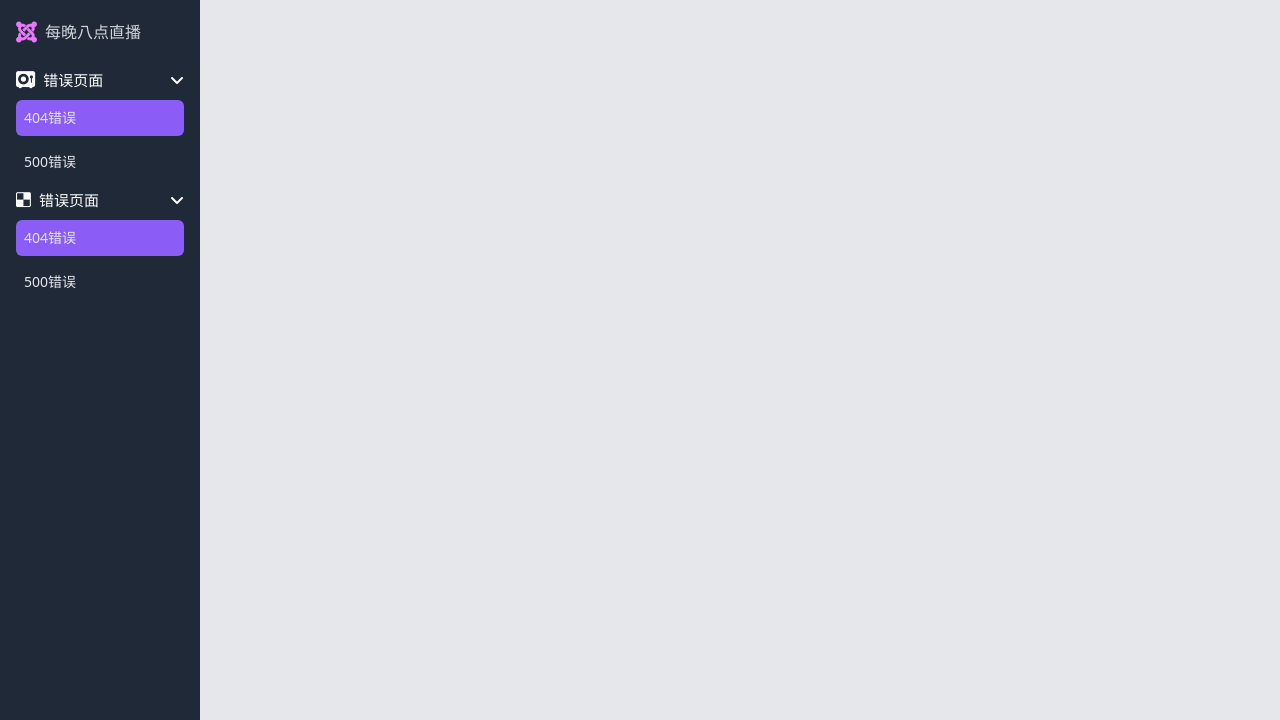
Repository: liangyingbo/vite-vue-TS
Page: /#/admin/home
An editor plug-in stored every save of this project. The page is shown before and after the next save, followed by the edit.
The browser window is 1280 px wide. The pictures show the whole page.
The project was rebuilt for these pictures with package versions that can differ from the ones it lists, and the page was loaded fresh each time. Also part of the build but not shown: vite.config.ts, src/components/form/HdButton.vue, src/components/form/HdInput.vue, src/components/form/hdLink.vue, src/styles/global.scss.

Above is the page before, as saved 2022-11-18 20:10:29.

### index.html
<!DOCTYPE html>
<html lang="en">
  <head>
    <meta charset="UTF-8" />
    <link rel="icon" type="image/svg+xml" href="/vite.svg" />
    <meta name="viewport" content="width=device-width, initial-scale=1.0" />
    <link href="https://cdn.bootcdn.net/ajax/libs/font-awesome/6.2.0/css/all.css" rel="stylesheet">
    <title>Vite + Vue + TS</title>
  </head>
  <body>
    <div id="app"></div>
    <script type="module" src="/src/main.ts"></script>
  </body>
</html>

### src/main.ts
import { createApp } from 'vue'
import router, { setupRouter } from '@/router'
import { setupPlugins } from '@/plugins'
import '@/styles/global.scss'
import App from './App.vue'

async function bootstrap() {
    const app = createApp(App)
    setupRouter(app)
    setupPlugins(app)
    await router.isReady()
    app.mount('#app')
}
bootstrap()

### src/router/index.ts
import { App } from 'vue';
import { createRouter, createWebHashHistory } from 'vue-router'
import routes from './routes';
import layoutRoutes from './autoLoad';
import guard from './guard';
const router = createRouter({
    history: createWebHashHistory(),
    routes : [...routes,...layoutRoutes]
})
export function setupRouter(app:App){

    guard(router)
    app.use(router)
}

export default router;

### src/plugins/index.ts
import { App } from "vue";
import { setupTailWindCssPlugin } from "./tailwindcss";

export function setupPlugins(app: App) {
    autoRegisterComponent(app)

    setupTailWindCssPlugin()
}



function autoRegisterComponent(app: App) {
    const components = import.meta.glob('../components/form/*.vue', { eager: true })
    console.log(components)
    Object.keys(components).forEach(key => {
        const name = key.split('/').pop()?.split('.')[0] as string

        app.component(name, components[key].default)
    })
}

### src/App.vue
<script setup lang="ts">

// import {info} from '@/apis/userApi'

//const response =  info()
// console.log(response.then(res=>res.data.age))
// console.log()

 </script>

 <template>

    <router-view ></router-view>
 </template>

<style scoped>
</style>

### src/router/routes.ts
import { RouteRecordRaw } from "vue-router"
 const routes = [
    {
        path:'/home',
        name:'home',
        component:() => import("@/views/home.vue"),
    }
]  as  RouteRecordRaw[]

export default routes

### src/router/autoLoad.ts
import { RouteRecordRaw } from "vue-router";


const layout = import.meta.glob('../layouts/*.vue')
const children = import.meta.glob('../views/**/*.vue')
function getRoutes() {
    const layoutRoutes = [] as RouteRecordRaw[]
    Object.entries(layout).forEach(([file, module]) => {
        const route = getRouteByModule(file, module)
        route.children = getChildrenRoutes(route)
        layoutRoutes.push(route)
    })
    return layoutRoutes
}


// 根据布局路由匹配子路由
function getChildrenRoutes(layoutRoute: RouteRecordRaw) {
    const routes = [] as RouteRecordRaw[]
    Object.entries(children).forEach(([file, module]) => {
        if (file.includes(`../views/${layoutRoute.name as string}`)) {
            const route = getRouteByModule(file, module)
            routes.push(route)
        }
    })
    return routes
}

function getRouteByModule(file: string, module: () => Promise<unknown>) {
    const name = file.replace(/.+layouts\/|.+views\/|\.vue/gi, '')
    const route = {
        name: name.replace('/', '.'),
        path: `/${name}`,
        component: module
    } as RouteRecordRaw

    return route
}
export default getRoutes()

### src/router/guard.ts
 import { RouteLocationNormalized, Router } from "vue-router"


class Guard {
    constructor(private router: Router) { }

    public run() {
          this.router.beforeEach((to,from) =>{
            console.log(to)
             if(!this.isLogin(to)) return {name:'auth.login'}


          })
    }

    private isLogin(route:RouteLocationNormalized){
        // console.log(route.meta)
        console.log(route.meta)
        return true
    }
}

export default (router: Router) => {
    new Guard(router).run()
}

### src/plugins/tailwindcss/index.ts
import './tailwindcss.css'

export function setupTailWindCssPlugin(){

}

### src/layouts/admin.vue
<template>
    <div>
         <router-view></router-view>
    </div>
</template>
<script lang="ts" setup>
import routes from "@/router/routes";


</script>

<script lang="ts">
export default {
    route:{meta:{auth:true}}
}
</script>

<style lang="scss" scoped>

</style>

### src/views/admin/home.vue
<template>
    <div class=" admin w-screen h-screen flex ">
        <div class="w-[200px] py-2 bg-gray-800">
             <div class="text-white  flex items-center py-2 px-4">
                <i class="fab fa-joomla text-2xl text-fuchsia-400 mr-2"></i>
                <span class="text-base text-gray-300">每晚八点直播</span>
             </div>
             <div class="left-container">
                <dt class="text-white mt-3">
                    <dl class="px-4">
                       <section class="flex justify-between items-center cursor-pointer">
                        <div>
                        <i class="fas fa-vault text-[17px]"></i>
                        <span class="ml-2 text-[15px]">错误页面</span>
                        </div>

                        <i class="fas fa-angle-down"></i>

                       </section>
                         <dd class="my-2 px-2 py-2 bg-violet-500  rounded-md text-gray-200 cursor-pointer hover:bg-violet-600 duration-300 text-sm">404错误</dd>
                        <dd class="my-2 px-2 py-2 rounded-md text-gray-200 cursor-pointer hover:bg-violet-600 duration-300 text-sm">500错误</dd>
                    </dl>
                    <dl class="px-4">
                       <section class="flex justify-between items-center cursor-pointer">
                        <div>
                        <i class="fab fa-delicious text-[17px]"></i>
                        <span class="ml-2 text-[15px]">错误页面</span>
                        </div>

                        <i class="fas fa-angle-down"></i>

                       </section>
                         <dd class="my-2 px-2 py-2 bg-violet-500  rounded-md text-gray-200 cursor-pointer hover:bg-violet-600 duration-300 text-sm">404错误</dd>
                        <dd class="my-2 px-2 py-2 rounded-md text-gray-200 cursor-pointer hover:bg-violet-600 duration-300 text-sm">500错误</dd>
                    </dl>
                </dt>
             </div>
        </div>
        <div class="bg-gray-200 flex-1">
            <router-view></router-view>
        </div>
    </div>
</template>

<script lang="ts" setup></script>

<style lang="scss" scoped>

</style>

Loaded but not shown: src/plugins/tailwindcss/tailwindcss.css (common file); tailwind.config.cjs (common file)

After the next save:
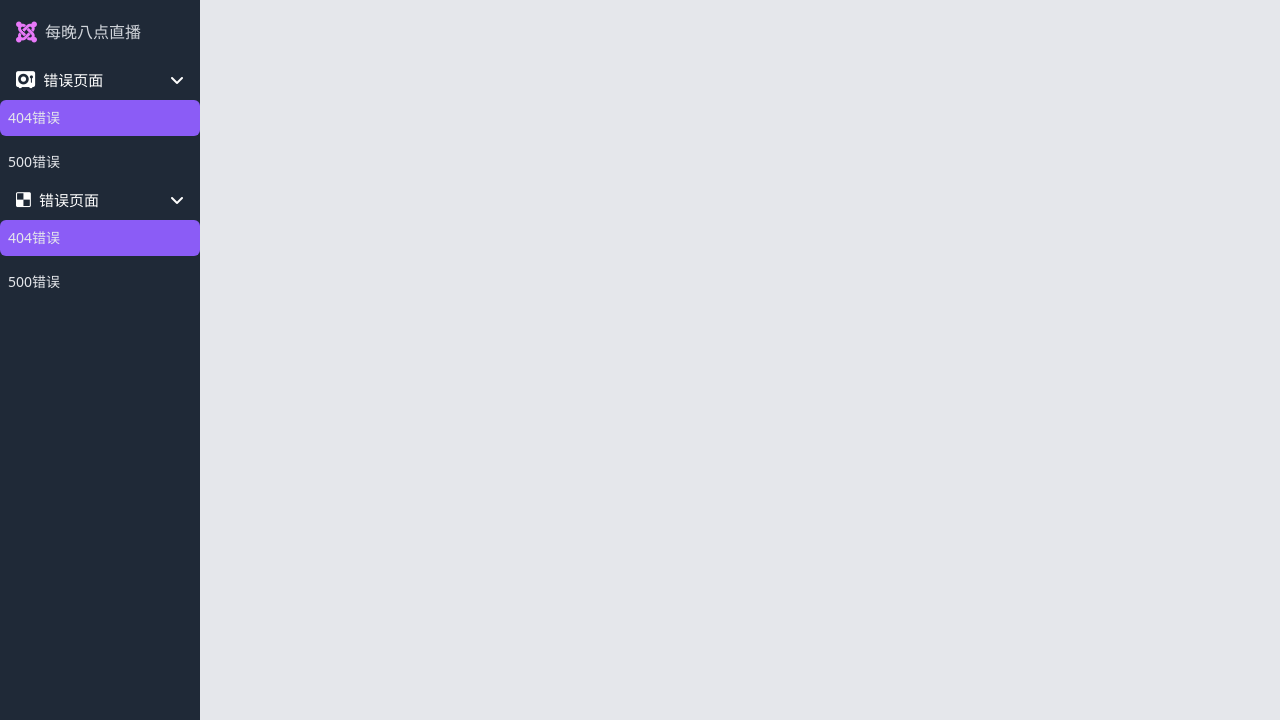
Saved 15 min 2 s later.
--- a/src/views/admin/home.vue
+++ b/src/views/admin/home.vue
@@ -6,8 +6,8 @@
                 <span class="text-base text-gray-300">每晚八点直播</span>
              </div>
              <div class="left-container">
-                <dt class="text-white mt-3">
-                    <dl class="px-4">
+                <dl class="text-white mt-3">
+                    <dt class="px-4">
                        <section class="flex justify-between items-center cursor-pointer">
                         <div>
                         <i class="fas fa-vault text-[17px]"></i>
@@ -17,10 +17,11 @@
                         <i class="fas fa-angle-down"></i>
 
                        </section>
-                         <dd class="my-2 px-2 py-2 bg-violet-500  rounded-md text-gray-200 cursor-pointer hover:bg-violet-600 duration-300 text-sm">404错误</dd>
+
+                    </dt>
+                    <dd class="my-2 px-2 py-2 bg-violet-500  rounded-md text-gray-200 cursor-pointer hover:bg-violet-600 duration-300 text-sm">404错误</dd>
                         <dd class="my-2 px-2 py-2 rounded-md text-gray-200 cursor-pointer hover:bg-violet-600 duration-300 text-sm">500错误</dd>
-                    </dl>
-                    <dl class="px-4">
+                    <dt class="px-4">
                        <section class="flex justify-between items-center cursor-pointer">
                         <div>
                         <i class="fab fa-delicious text-[17px]"></i>
@@ -32,8 +33,8 @@
                        </section>
                          <dd class="my-2 px-2 py-2 bg-violet-500  rounded-md text-gray-200 cursor-pointer hover:bg-violet-600 duration-300 text-sm">404错误</dd>
                         <dd class="my-2 px-2 py-2 rounded-md text-gray-200 cursor-pointer hover:bg-violet-600 duration-300 text-sm">500错误</dd>
-                    </dl>
-                </dt>
+                    </dt>
+                </dl>
              </div>
         </div>
         <div class="bg-gray-200 flex-1">
